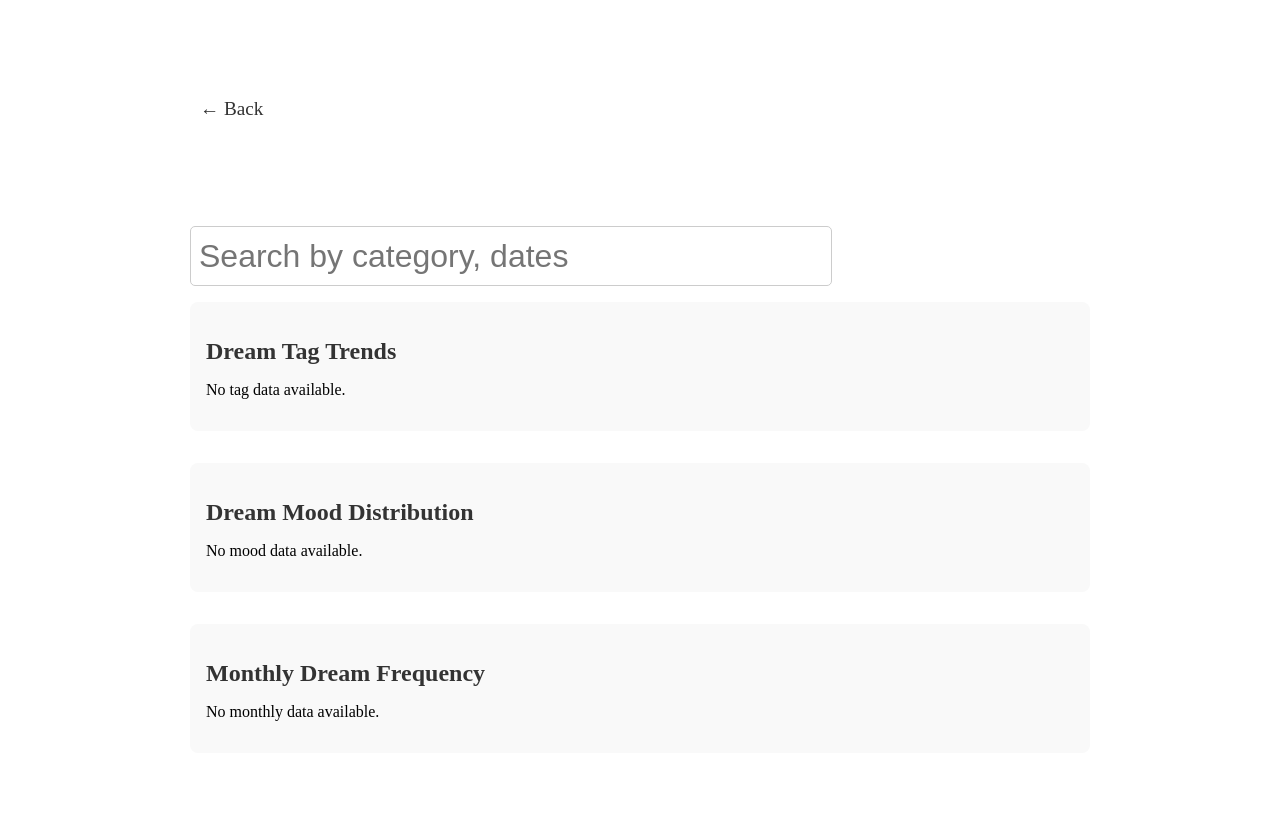
Repository: software-students-spring2025/2-web-app-blabla
Page: templates/analysis.html
An editor plug-in stored every save of this project. The page is shown before and after the next save, followed by the edit.
The browser window is 1280 px wide. The pictures show the whole page.
Some web fonts or font styles are not loaded; a fallback is used. The template is drawn by Flask 3. The application's start-up code is not run. Other server files are loaded and not shown. The template is opened directly, without the code that normally fills it, so the values that code supplies are empty.

Above is the page before, as saved 2025-03-02 15:14:20.

### templates/analysis.html
<!DOCTYPE html>
<html>
  <head>
    <title>Analysis Page</title>
    <link rel="stylesheet" href="/static/css/style.css">
    <link href="https://fonts.googleapis.com/css2?family=Indie+Flower&display=swap" rel="stylesheet">
    <!-- Optional: Additional inline styling for the analysis page -->
    <style>
      /* Center the container and give it a max width */
      .analysis-container {
        max-width: 900px;
        margin: 2rem auto;  /* Centers the container horizontally */
        padding: 1rem;
      }

      /* Style the back link */
      .back-link {
        display: inline-block;
        margin-bottom: 1rem;
        text-decoration: none;
        font-size: 1.2rem;
        color: #333;
      }
      .back-link:hover {
        text-decoration: underline;
      }

      /* Space out each "trend-container" section */
      .trend-container {
        margin-bottom: 2rem;
        padding: 1rem;
        background: #f9f9f9;  /* Light background for contrast */
        border-radius: 8px;
      }

      /* Style each trend title */
      .trend-container h2 {
        margin-bottom: 1rem;
        font-size: 1.5rem;
        color: #333;
      }

      /* Remove default list styling and space items out */
      .trend-container ul {
        list-style-type: none;
        padding-left: 0;
      }
      .trend-container li {
        margin-bottom: 0.5rem;
        font-size: 1.1rem;
      }

      /* Give the search input some breathing room */
      .input-container {
        margin-bottom: 1rem;
      }
      .input-container input {
        width: 100%;
        padding: 0.5rem;
        font-size: 1rem;
        border: 1px solid #ccc;
        border-radius: 5px;
      }
    </style>
  </head>
  <body>
    <div class="analysis-container">
      <a class="back-link" href="/home">← Back</a>

      <div class="input-container">
        <input type="text" id="dream-search" placeholder="Search by category, dates" />
      </div>

      <!-- 1) Tag Trends -->
      <div class="trend-container">
        <h2>Dream Tag Trends</h2>
        {% if tag_trends %}
          <ul>
            {% for trend in tag_trends %}
              <li><strong>{{ trend._id }}:</strong> {{ trend.count }} dreams</li>
            {% endfor %}
          </ul>
        {% else %}
          <p>No tag data available.</p>
        {% endif %}
      </div>

      <!-- 2) Mood Distribution -->
      <div class="trend-container">
        <h2>Dream Mood Distribution</h2>
        {% if mood_trends %}
          <ul>
            {% for trend in mood_trends %}
              <li><strong>{{ trend._id }}:</strong> {{ trend.count }} dreams</li>
            {% endfor %}
          </ul>
        {% else %}
          <p>No mood data available.</p>
        {% endif %}
      </div>

      <!-- 3) Monthly Dream Frequency -->
      <div class="trend-container">
        <h2>Monthly Dream Frequency</h2>
        {% if month_trends %}
          <ul>
            {% for trend in month_trends %}
              <li>
                <strong>{{ trend._id.year }}-{{ trend._id.month }}:</strong>
                {{ trend.count }} dreams
              </li>
            {% endfor %}
          </ul>
        {% else %}
          <p>No monthly data available.</p>
        {% endif %}
      </div>
    </div>
  </body>
</html>

### static/css/style.css
@import url("https://fonts.googleapis.com/css2?family=Indie+Flower&display=swap");

body {
    font-family: 'Indie Flower', cursive;
    overflow-y:hidden
}

nav{
    display: flex;
    align-items: center;
    height: 100px;
    padding: 12px;
}

.home-container{
    padding:12px;
}

.search-icon{
    width: 60px;
    height: 60px;
}

.bubble-container {
    position: absolute;
    left: 50%;
    transform: translateX(-50%);
    display: flex;
    justify-content: center;
    align-items: stretch;
    width: 100vw;
    z-index: 2;
}

.bubble-img{
    height:860px;
    width: 1000px;
}

.bear-container{
    display:flex;
    flex-direction: column;
    justify-content: flex-end;
    height:90vh;
}

.dream-button{
    position:absolute;
    width:260px;
    height:198px;
    z-index: 2;
    font-size: 24pt;
    font-family: 'Indie Flower', cursive;
    top:80%;
    left: 50%;
    transform: translateX(-50%);
    fill:none;
    background-color: white;
    border: 12pt solid black;
    border-radius: 5pt;
}

.edit-container {
    display: flex;
    flex-direction: column;
    justify-content: space-between;
    width: 100vw;
    height: 100vh;
}

#tag-container{
    display:flex;
    justify-content: center;
    align-items: center;
    width:100vw;
    gap:50px;
    padding:12px;
    margin-top:80px;
}

.tag{
    width:156px;
    height:67px;
    font-size:24pt;
    background-color: transparent;
    border: 2pt solid black;
    border-radius: 5pt;

}

.back-link{
    font-size: 24pt;
    text-decoration: none;
    padding:50px 10px;
    color:black;
    display: block;
    text-align: left;
}

.input-container{
    display:flex;
    justify-content:center;
    margin-top: 40px;
}

#dream-description {
    width: 80%;
    max-width: 624px;
    height: 400px;
    padding: 10px;
    font-size: 18px;
    box-sizing: border-box;
    border: 2px solid black;
}

.button-container{
    display:flex;
    justify-content:center;
    gap:15px;
    margin-top:40px;
}

.edit-button{
    width: 156px;
    height:67px;
    font-size:24pt;
    background-color: transparent;
    border: 2px solid black;
    border-radius: 5px
}

.bear{
    display:flex;
    flex-direction: column;
    justify-content: flex-end;
    height:auto;
}

.analysis-container {
    display: flex;
    flex-direction: column;
    justify-content: space-between;
    width: 100vw;
    height: 100vh;
}

#dream-search{
    width:624px;
    height: 42px;
    font-size:24pt;
}

.login-container {
    display: flex;
    flex-direction: column;
    justify-content: center;
    align-items: center;
    width: 100vw;
    height: 100vh;
}

.input-container {
    display: flex;
    flex-direction: column;
    align-items: flex-start;
    margin-bottom: 15px;
}

.input-container label {
    font-size: 18px;
    margin-bottom: 5px;
}

.input-container input {
    width: 260px;
    height: 30px;
    font-size: 16px;
    border: 1px solid black;
    padding: 5px;
}

.button-container {
    margin-top: 20px;
}

.login-button {
    width: 260px;
    height: 40px;
    font-size: 18px;
    background-color: #D9D9D9;
    border: 2px solid black;
    border-radius: 5px;
    cursor: pointer;
}

.signup-text {
    font-size: 14px;
    margin-top: 15px;
}

.signup-link {
    font-size: 18px;
    font-weight: bold;
    text-decoration: none;
    color: black;
}

.login-image {
    width: 125px;
    height: 125px;
}

.signup-container {
    display: flex;
    flex-direction: column;
    justify-content: center;
    align-items: center;
    width: 100vw;
    height: 100vh;
}

.signup-button {
    width: 260px;
    height: 40px;
    font-size: 18px;
    background-color: #D9D9D9;
    border: 2px solid black;
    border-radius: 5px;
    cursor: pointer;
}

.signup-image {
    width: 125px;
    height: 125px;
}

.adddream-container {
    display: flex;
    flex-direction: column;
    justify-content: flex-start;
    align-items: center;
    width: 100vw;
    height: 100vh;
    padding: 20px;
}

.bear-header {
    margin-top: 60px;
    margin-bottom: 20px;
}
.bear-image {
    width: 150px;
    height: auto;
}

.date-container {
    margin-bottom: 20px;
    text-align: left;
    width: 80%;
    max-width: 624px;
}
.date-label {
    display: block;
    font-size: 16px;
    margin-bottom: 8px;
}
.date-inputs {
    display: flex;
    gap: 10px;
}
.date-inputs input {
    width: 90px;
    border: 1px solid black;
    padding: 5px;
    font-size: 16px;
    text-align: center;
}

.tags-container {
    margin-bottom: 20px;
    width: 80%;
    max-width: 624px;
}
.tags-container p {
    font-size: 16px;
    margin-bottom: 10px;
}
.tag {
    background-color: transparent;
    border: 2px solid black;
    border-radius: 5px;
    font-size: 18px;
    margin: 5px;
    padding: 5px 10px;
    cursor: pointer;
}

.description-container {
    width: 80%;
    max-width: 624px;
    margin-bottom: 20px;
}
.description-container label {
    display: block;
    font-size: 16px;
    margin-bottom: 8px;
}
#dream-description {
    width: 100%;
    height: 150px;
    border: 2px solid black;
    font-size: 16px;
    padding: 10px;
    box-sizing: border-box;
}

.save-dream-button {
    width: 220px;
    height: 40px;
    font-size: 18px;
    background-color: #D9D9D9;
    border: 2px solid black;
    border-radius: 5px;
    cursor: pointer;
}

.flash-message {
    font-weight: bold;
    margin: 10px 0;
  }

  .flash-message.error {
    color: red;
  }

  .flash-message.success {
    color: green;
  }
  /* Star Cloud Container */
  #star-container {
    position: absolute;
    top: 0;
    left: 0;
    width: 100%;
    height: 500px; /* 根据需要调整高度 */
    background: transparent;
    z-index: 3; /* 确保高于背景但低于其他关键元素 */
  }


  /* Star Button Style */
  .star {
    width: 50px;
    height: 50px;
    background: url("/static/images/star.svg") no-repeat center;
    background-size: contain;
    position: absolute;
    cursor: pointer;
  }

  /* Tooltip on hover for star button */
  .star:hover::after {
    content: attr(title);
    position: absolute;
    bottom: -25px;
    left: 0;
    background: rgba(255, 255, 255, 0.8);
    color: #000;
    padding: 3px 5px;
    border-radius: 3px;
    white-space: nowrap;
    z-index: 999;
  }

#search-box{
    width:300px;
    height:50px;
    font-size: 16pt;
    padding-left: 20px;
    display: none;
}

.analysis-button {
    font-family: 'Indie Flower', cursive;
    padding: 10px 20px;
    font-size: 24px;
    border: none;
    border-radius: 5px;
    cursor: pointer;
  }

.center-button-container {
    position: absolute;
    left: 50%;
    transform: translate(-50%, -50%);
}

After the next save:
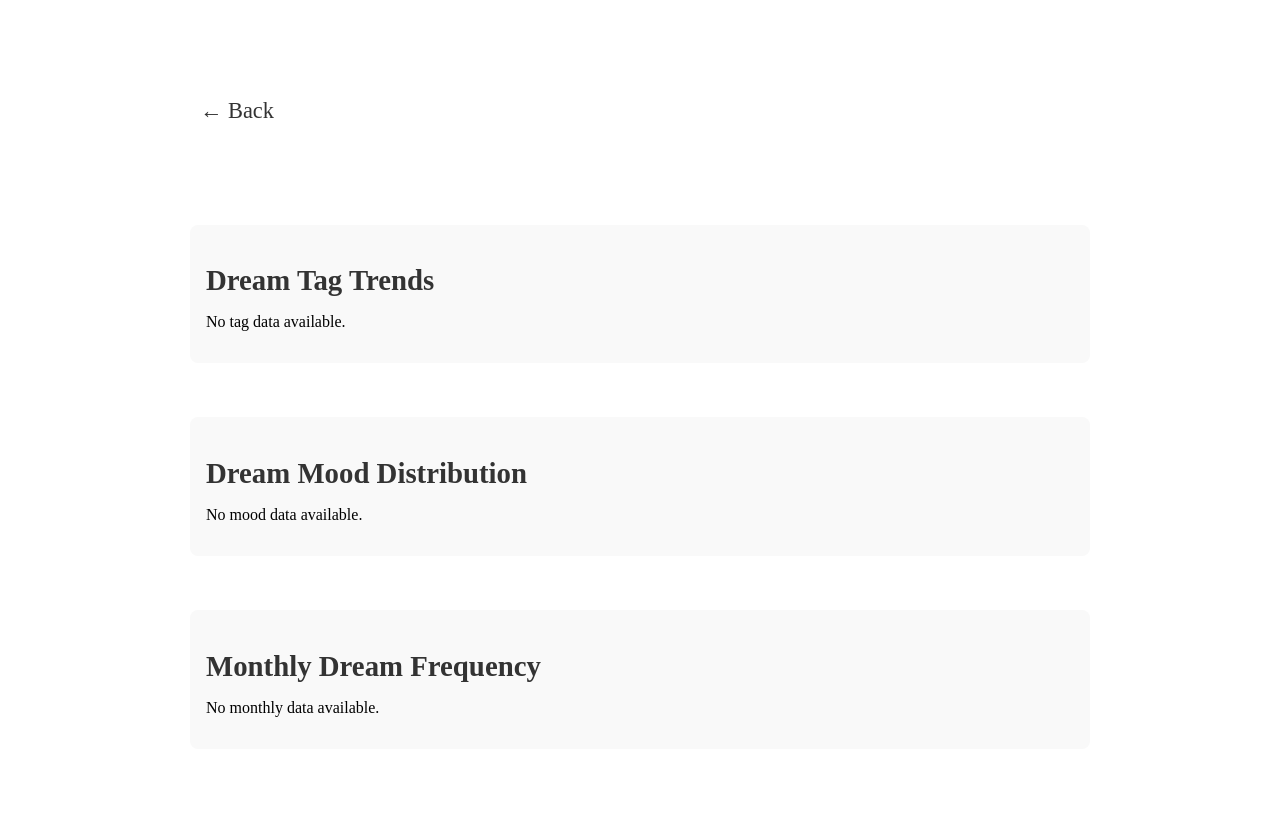
Saved 94 s later.
--- a/templates/analysis.html
+++ b/templates/analysis.html
@@ -4,7 +4,6 @@
     <title>Analysis Page</title>
     <link rel="stylesheet" href="/static/css/style.css">
     <link href="https://fonts.googleapis.com/css2?family=Indie+Flower&display=swap" rel="stylesheet">
-    <!-- Optional: Additional inline styling for the analysis page -->
     <style>
       /* Center the container and give it a max width */
       .analysis-container {
@@ -18,25 +17,25 @@
         display: inline-block;
         margin-bottom: 1rem;
         text-decoration: none;
-        font-size: 1.2rem;
+        font-size: 1.4rem;  /* Increased font size */
         color: #333;
       }
       .back-link:hover {
         text-decoration: underline;
       }
 
-      /* Space out each "trend-container" section */
+      /* Space out each "trend-container" section, but not too much */
       .trend-container {
-        margin-bottom: 2rem;
+        margin-bottom: 1.2rem;  /* Slightly smaller gap between blocks */
         padding: 1rem;
         background: #f9f9f9;  /* Light background for contrast */
         border-radius: 8px;
       }
 
-      /* Style each trend title */
+      /* Style each trend title with bigger font */
       .trend-container h2 {
-        margin-bottom: 1rem;
-        font-size: 1.5rem;
+        margin-bottom: 0.8rem;
+        font-size: 1.8rem;  /* Larger title font size */
         color: #333;
       }
 
@@ -47,29 +46,13 @@
       }
       .trend-container li {
         margin-bottom: 0.5rem;
-        font-size: 1.1rem;
-      }
-
-      /* Give the search input some breathing room */
-      .input-container {
-        margin-bottom: 1rem;
-      }
-      .input-container input {
-        width: 100%;
-        padding: 0.5rem;
-        font-size: 1rem;
-        border: 1px solid #ccc;
-        border-radius: 5px;
+        font-size: 1.3rem;  /* Increase item font size */
       }
     </style>
   </head>
   <body>
     <div class="analysis-container">
       <a class="back-link" href="/home">← Back</a>
-
-      <div class="input-container">
-        <input type="text" id="dream-search" placeholder="Search by category, dates" />
-      </div>
 
       <!-- 1) Tag Trends -->
       <div class="trend-container">
